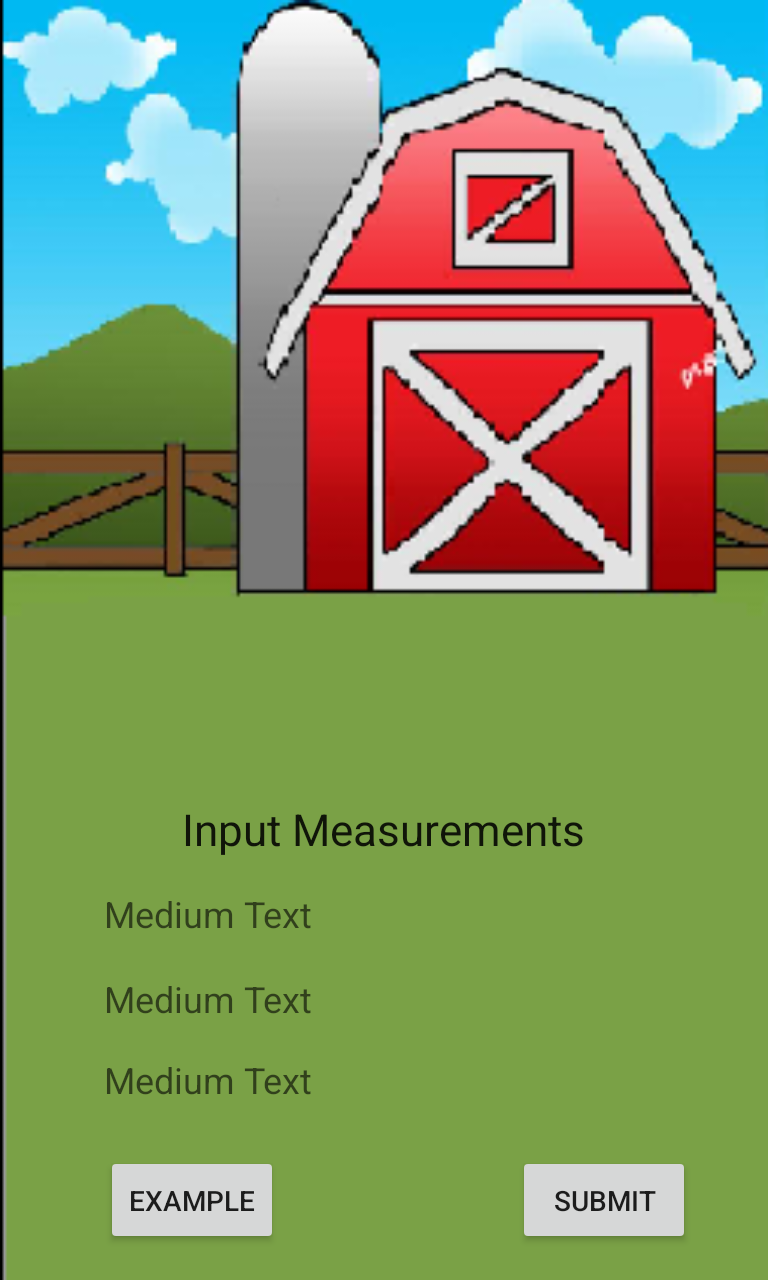
Repository: jdmielke/AnimalApp
Layout: AWEA/res/layout/measurements.xml
These files come from the project's save history. The layout is drawn as it stood at one moment and after the next save; the edit follows.
It is drawn on a 768 x 1280 px phone screen (xhdpi) without system bars, with theme AppTheme; the app's code is not run.

Above is the layout before, as saved 2014-10-16 00:00:07.

### AWEA/res/layout/measurements.xml
<?xml version="1.0" encoding="utf-8"?>
<RelativeLayout xmlns:android="http://schemas.android.com/apk/res/android"
    xmlns:tools="http://schemas.android.com/tools"
    android:layout_width="match_parent"
    android:layout_height="match_parent"
    android:paddingBottom="@dimen/activity_vertical_margin"
    android:paddingLeft="@dimen/activity_horizontal_margin"
    android:paddingRight="@dimen/activity_horizontal_margin"
    android:paddingTop="@dimen/activity_vertical_margin"
    tools:context="com.example.awea.MainActivity"
    android:background="@drawable/app_background">

    <TextView
        android:id="@+id/textView1"
        android:layout_width="wrap_content"
        android:layout_height="wrap_content"
        android:layout_alignParentBottom="true"
        android:layout_centerHorizontal="true"
        android:layout_marginBottom="195dp"
        android:text="Input Measurements"
        android:textAppearance="?android:attr/textAppearanceLarge" />

    <TextView
        android:id="@+id/textView2"
        android:layout_width="wrap_content"
        android:layout_height="wrap_content"
        android:layout_alignParentLeft="true"
        android:layout_alignTop="@+id/textView1"
        android:layout_marginLeft="36dp"
        android:layout_marginTop="45dp"
        android:text="Medium Text"
        android:textAppearance="?android:attr/textAppearanceMedium" />

    <TextView
        android:id="@+id/textView3"
        android:layout_width="wrap_content"
        android:layout_height="wrap_content"
        android:layout_alignRight="@+id/textView2"
        android:layout_below="@+id/textView2"
        android:layout_marginTop="18dp"
        android:text="Medium Text"
        android:textAppearance="?android:attr/textAppearanceMedium" />

    <TextView
        android:id="@+id/textView4"
        android:layout_width="wrap_content"
        android:layout_height="wrap_content"
        android:layout_alignRight="@+id/textView3"
        android:layout_below="@+id/textView3"
        android:layout_marginTop="16dp"
        android:text="Medium Text"
        android:textAppearance="?android:attr/textAppearanceMedium" />

    <Button
        android:id="@+id/button1"
        android:layout_width="wrap_content"
        android:layout_height="wrap_content"
        android:layout_alignParentBottom="true"
        android:layout_alignParentRight="true"
        android:layout_marginRight="22dp"
        android:text="Submit" />

    <Button
        android:id="@+id/button2"
        android:layout_width="wrap_content"
        android:layout_height="wrap_content"
        android:layout_alignBaseline="@+id/button1"
        android:layout_alignBottom="@+id/button1"
        android:layout_alignParentLeft="true"
        android:layout_marginLeft="36dp"
        android:text="Example" />

</RelativeLayout>

Loaded but not shown: AWEA/res/values/styles.xml (common file); AWEA/res/values-v11/styles.xml (common file); AWEA/res/values-v14/styles.xml (common file); AWEA/res/values/dimens.xml (common file); AWEA/res/values-w820dp/dimens.xml (common file)

After the next save:
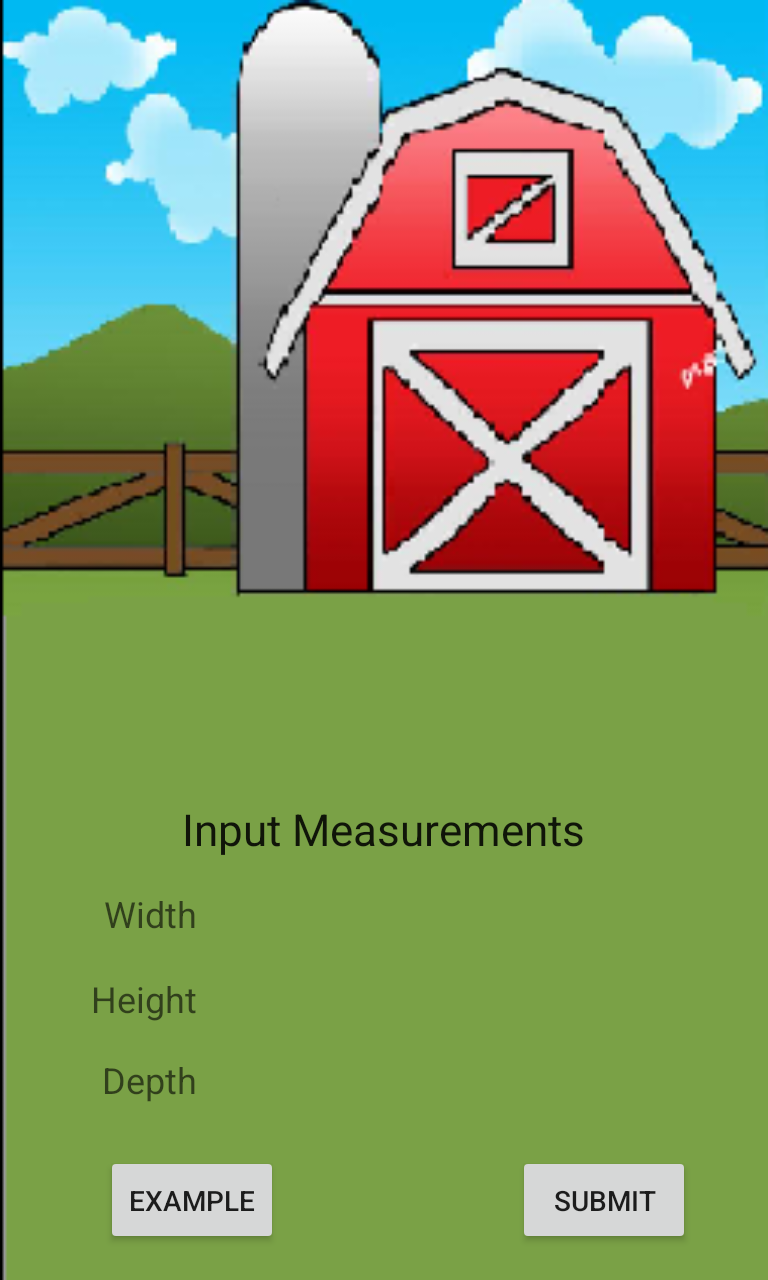
Saved 32 s later.
--- a/AWEA/res/layout/measurements.xml
+++ b/AWEA/res/layout/measurements.xml
@@ -28,7 +28,7 @@
         android:layout_alignTop="@+id/textView1"
         android:layout_marginLeft="36dp"
         android:layout_marginTop="45dp"
-        android:text="Medium Text"
+        android:text="Width"
         android:textAppearance="?android:attr/textAppearanceMedium" />
 
     <TextView
@@ -38,7 +38,7 @@
         android:layout_alignRight="@+id/textView2"
         android:layout_below="@+id/textView2"
         android:layout_marginTop="18dp"
-        android:text="Medium Text"
+        android:text="Height"
         android:textAppearance="?android:attr/textAppearanceMedium" />
 
     <TextView
@@ -48,7 +48,7 @@
         android:layout_alignRight="@+id/textView3"
         android:layout_below="@+id/textView3"
         android:layout_marginTop="16dp"
-        android:text="Medium Text"
+        android:text="Depth"
         android:textAppearance="?android:attr/textAppearanceMedium" />
 
     <Button
